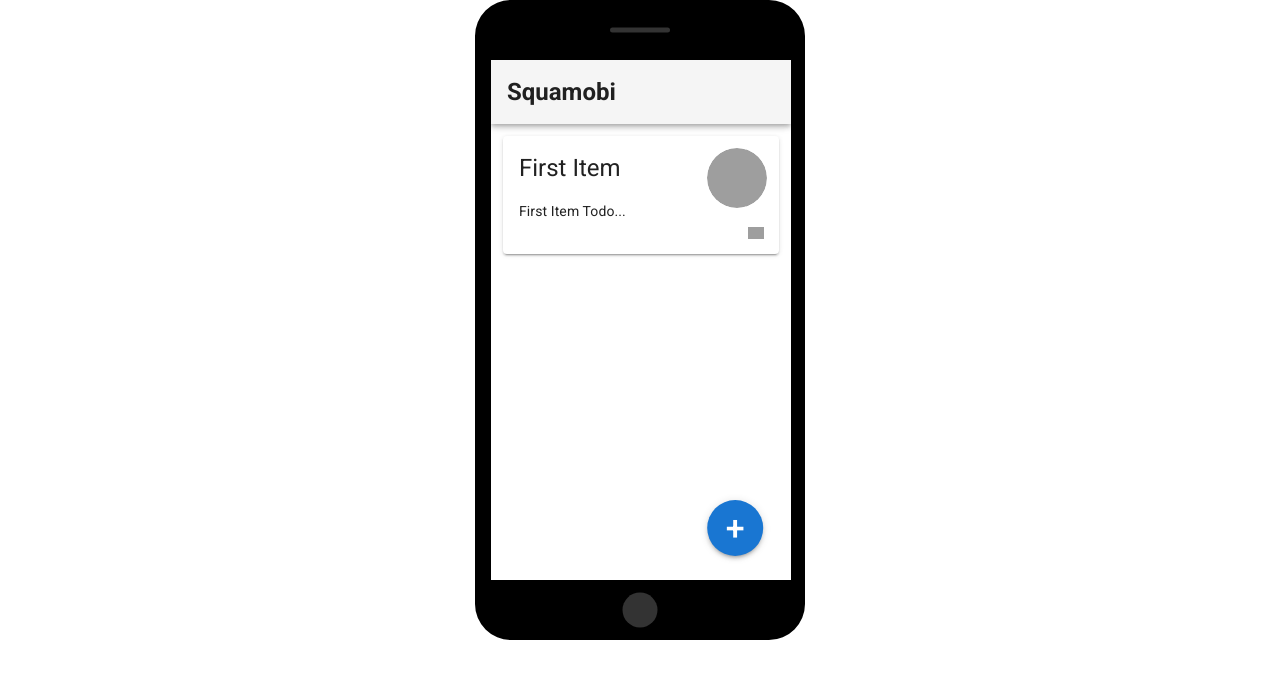
Repository: Keepnox/squamobi-interview
Page: /
These files come from the project's save history. The page is drawn as it stood at one moment and after the next save; the edit follows.
The browser window is 1280 px wide. The pictures show the whole page.
Pictures or frames that could not be fetched are drawn as grey boxes. The project was rebuilt for these pictures with package versions that can differ from the ones it lists, and the page was loaded fresh each time. Also part of the build but not shown: vue.config.js. Imported but missing from the stored project, and not drawn on this page: src/views/About.vue.

Above is the page before, as saved 2022-01-17 00:52:55.

### src/App.vue
<template>
  <smartphone>
    <v-app>
    <v-main>
        <v-app-bar >
          <h2>Squamobi</h2>
        </v-app-bar>

      <!-- Provides the application the proper gutter -->
      <v-container fluid>

        <!-- If using vue-router -->
        <router-view></router-view>
      </v-container>
    </v-main>

  </v-app>
  </smartphone>

</template>

<script>
import Smartphone from './components/Smartphone.vue';

export default {
  name: 'App',

  components: {
    Smartphone,
  },

  data: () => ({
    //
  }),
};
</script>

### src/components/Smartphone.vue
<template>
  <div class="smartphone">
    <div class="content">
      <slot> </slot>
    </div>
  </div>
</template>

<style scoped>

.smartphone {
  position: relative;
  width: 330px;
  height: 640px;
  margin: auto;
  border: 16px black solid;
  border-top-width: 60px;
  border-bottom-width: 60px;
  border-radius: 36px;
}

/* The horizontal line on the top of the device */
.smartphone:before {
  content: '';
  display: block;
  width: 60px;
  height: 5px;
  position: absolute;
  top: -30px;
  left: 50%;
  transform: translate(-50%, -50%);
  background: #333;
  border-radius: 10px;
}

/* The circle on the bottom of the device */
.smartphone:after {
  content: '';
  display: block;
  width: 35px;
  height: 35px;
  position: absolute;
  left: 50%;
  bottom: -65px;
  transform: translate(-50%, -50%);
  background: #333;
  border-radius: 50%;
}

/* The screen (or content) of the device */
.smartphone .content {
  width: 300px;
  height: 520px;
  background: white;
}

.content > * {
  min-height: 100%;
  height: 100%;
}
</style>

### src/views/Home.vue
<template>
  <div id="listOuter">
    <TodoItem
      v-for="(t, index) in todoData"
      :key="index"
      :title="t.title"
      :desc="t.description"
      :image="t.image"
      v-on:click="removeThis(t)"
    ></TodoItem>

    <v-btn
          class="add-button"
          color="primary"
          elevation="3"
          fab
          v-on:click="dialog = !dialog"
        ><span style="font-size:34px;">+</span></v-btn>
        <v-card class="popup" v-if="dialog">
          <div class="popup-title">Add Todo</div>
          <v-text-field
            label="Title"
            hide-details="auto"
            v-model="title"
          ></v-text-field>
          <v-text-field
            label="Description"
            hide-details="auto"
            v-model="description"
          ></v-text-field>
          <v-text-field
            label="Image Url"
            hide-details="auto"
            v-model="image"
          ></v-text-field>
          <v-btn class="add" v-on:click="addTodo">
            Add
          </v-btn>
        </v-card>
  </div>
</template>

<script>

import TodoItem from '@/components/TodoItem.vue'

export default {
  name: 'Home',
  components: {TodoItem},
  data () {
    return {
      todoData: [],
      dialog: false,
      image: "",
      description: "",
      title: ""
    }
  },
  watch: {
    dialog(val) {
      if(val) {
        document.getElementsByTagName('body')[0].classList.add('popup-active')
      } else {
        document.getElementsByTagName('body')[0].classList.remove('popup-active')
      }
    }
  },
  mounted () {
    this.todoData = JSON.parse(localStorage.getItem('todo'))
  },
  created() {
    let defaultData = JSON.parse(localStorage.getItem('todo')) || [
        {
          title: "First Item",
          description: 'First Item Todo...',
          image: "https://unsplash.it/640/425?random"
        },

      ]
    localStorage.setItem('todo', JSON.stringify(defaultData))
  },
  methods: {
    removeThis(el) {
      console.log(el)
    },
    addTodo() {
      this.todoData.push(
        {
          title: this.title,
          description: this.description,
          image: this.image
        }
      );
      localStorage.setItem('todo', JSON.stringify(this.todoData));
      this.dialog = false;
    }
  }
}
</script>

<style >
.v-application--wrap {
  height: 100%;
  min-height: 100%;
  overflow: hidden;
  overflow-y: scroll;
}
.v-main, v-main__wrap {
  height: 100%;
}
.v-main .container {
  height: calc(100% - 55px);
}
.list-outer
.list-outer {
  position: relative;
  height: 100%;
  width: 100%;
}
.add-button {
  position: fixed;
  right: 50%;
  transform: translatex(220%);
  top: 500px;
}
.popup {
  position: absolute;
  padding: 15px;
  width: 90%;
  top: 50%;
  transform: translateY(-50%);
}
.popup .add {
  margin-top: 20px;
  float: right;
}
.popup .popup-title {
  font-weight: 900;
}
</style>

### src/components/TodoItem.vue
<template>
    <v-card class="mb-5">
      <div class="d-flex  justify-space-between">
        <div>
          <v-card-title class="text-h5" v-text="title"></v-card-title>
          <v-card-text > {{desc}} </v-card-text>
          <v-card-actions>
          </v-card-actions>
        </div>

        <v-avatar class="ma-3" size="60">
          <v-img :src="image"></v-img>
        </v-avatar>
        <img class="remove-icon" @click="removeClick" src="https://www.pngrepo.com/png/66604/512/trash.png" alt="">
      </div>
    </v-card>
</template>



<script>
export default {
  props: ["desc", "title", "image", "removeClick"],
  mounted() {
    console.log(this.items)
  },
  methods: {

  }
}
</script>



<style scoped>

  .remove-icon {
    position: absolute;
    width: 16px;
    object-fit: cover;
    right: 15px;
    bottom: 15px;
    cursor: pointer;
}
</style>

Loaded but not shown: public/index.html (common file); src/main.js (common file); src/plugins/vuetify.js (common file); src/router/index.js (common file)

After the next save:
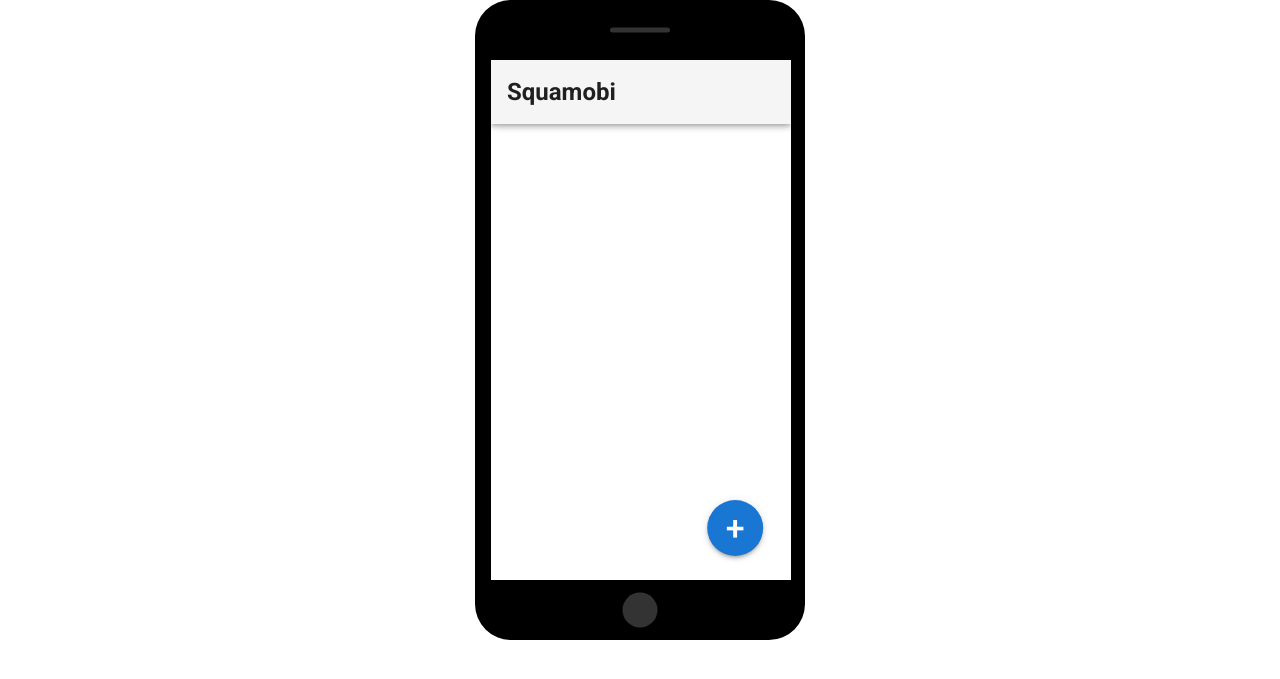
Saved 19 s later.
--- a/src/views/Home.vue
+++ b/src/views/Home.vue
@@ -6,6 +6,7 @@
       :title="t.title"
       :desc="t.description"
       :image="t.image"
+      :removeClick="selam()"
       v-on:click="removeThis(t)"
     ></TodoItem>
 

After the 5 saves that followed:
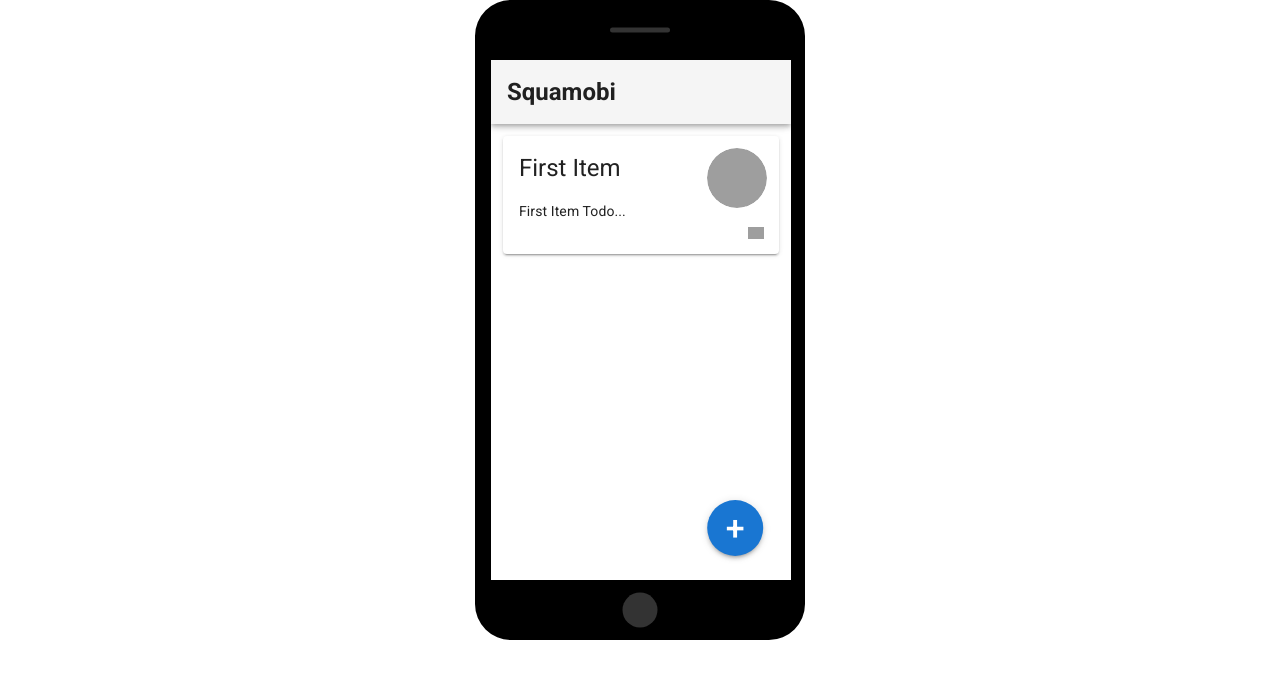
The 5 saves are shown as one change because 3 left the picture as it was and some came seconds apart.
The last was saved 43 s later.
--- a/src/views/Home.vue
+++ b/src/views/Home.vue
@@ -6,8 +6,8 @@
       :title="t.title"
       :desc="t.description"
       :image="t.image"
-      :removeClick="selam()"
-      v-on:click="removeThis(t)"
+      :removeClick="removeItem(t.title)"
+      v-on:click="removeItem(t)"
     ></TodoItem>
 
     <v-btn
@@ -81,6 +81,11 @@
     localStorage.setItem('todo', JSON.stringify(defaultData))
   },
   methods: {
+    removeItem(item) {
+      let allData = JSON.parse(localStorage.getItem('todo'))
+      var filteredData = allData.filter(i => i.title != item);
+      localStorage.setItem('todo', JSON.stringify(filteredData))
+    },
     removeThis(el) {
       console.log(el)
     },
